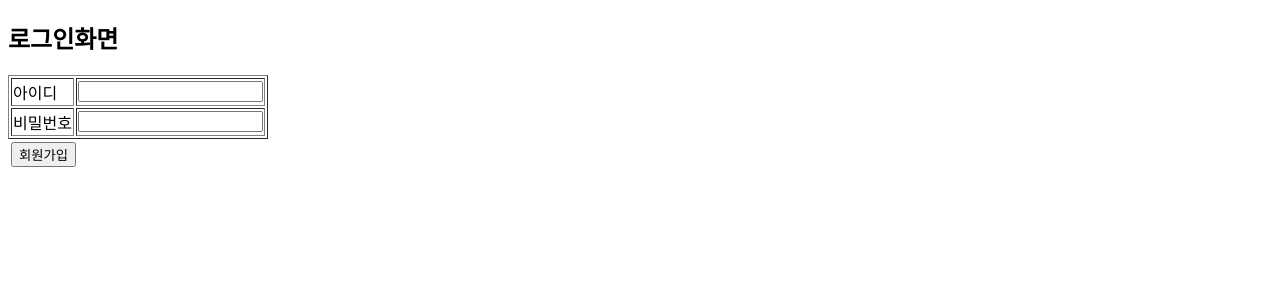
Repository: JungYOsup/Mini_project
Page: http://localhost/EsCape_Room/NewFile.jsp
An editor plug-in stored every save of this project. The page is shown before and after the next save, followed by the edit.
The browser window is 1280 px wide. The pictures show the whole page.
The page is served by Tomcat 9. Other server files are loaded and not shown.

Above is the page before, as saved 2018-01-15 07:25:09.

### EsCape_Room/WebContent/NewFile.jsp
<!--- 페이지 디렉티브<%--  <%@page %> --%> : JSP페이지에 대한 설정 정보를 지정 -->
<!--인코딩은 UTF-8이고 , html이다.  -->
<!--이렇게 3가지를 구성해줘야지 한글이 안깨짐  -->
<%@ page language="java" contentType="text/html; charset=UTF-8" %>
<%request.setCharacterEncoding("utf-8"); %>
<%response.setContentType("text/html; charset=UTF-8"); %>

<!-- <!DOCTYPE html PUBLIC "-//W3C//DTD HTML 4.01 Transitional//EN" "http://www.w3.org/TR/html4/loose.dtd"> HTML4버전     -->
<!DOCTYPE html> <!--HTML5로 버전을 지정해줌 -->

<html>
<head>
<meta http-equiv="Content-Type" content="text/html; charset=UTF-8">
<title>Insert title here</title>
</head>
<body>
<h2>로그인화면</h2>

<table border="1">

	<tr>
		<td>아이디</td>
		<td><input type="text" name="id"></td>



	</tr>

	<tr>
		<td>비밀번호</td>
		<td><input type="password" name="pw"></td>
	</tr>
</table>
<table>
	<tr>
		<td><input type="button" value="회원가입"> </td>
		<td></td>

	</tr>
</table>

</body>
</html>

After the next save:
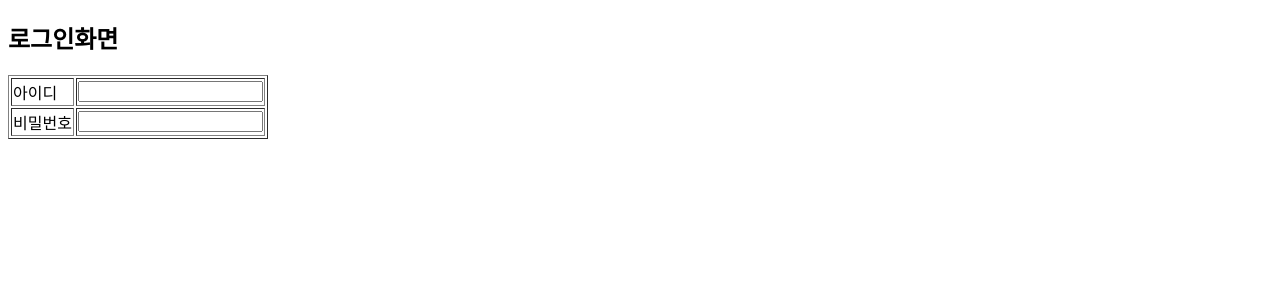
Saved 18 s later.
--- a/EsCape_Room/WebContent/NewFile.jsp
+++ b/EsCape_Room/WebContent/NewFile.jsp
@@ -31,13 +31,7 @@
 		<td><input type="password" name="pw"></td>
 	</tr>
 </table>
-<table>
-	<tr>
-		<td><input type="button" value="회원가입"> </td>
-		<td></td>
 
-	</tr>
-</table>
 
 </body>
 </html>
